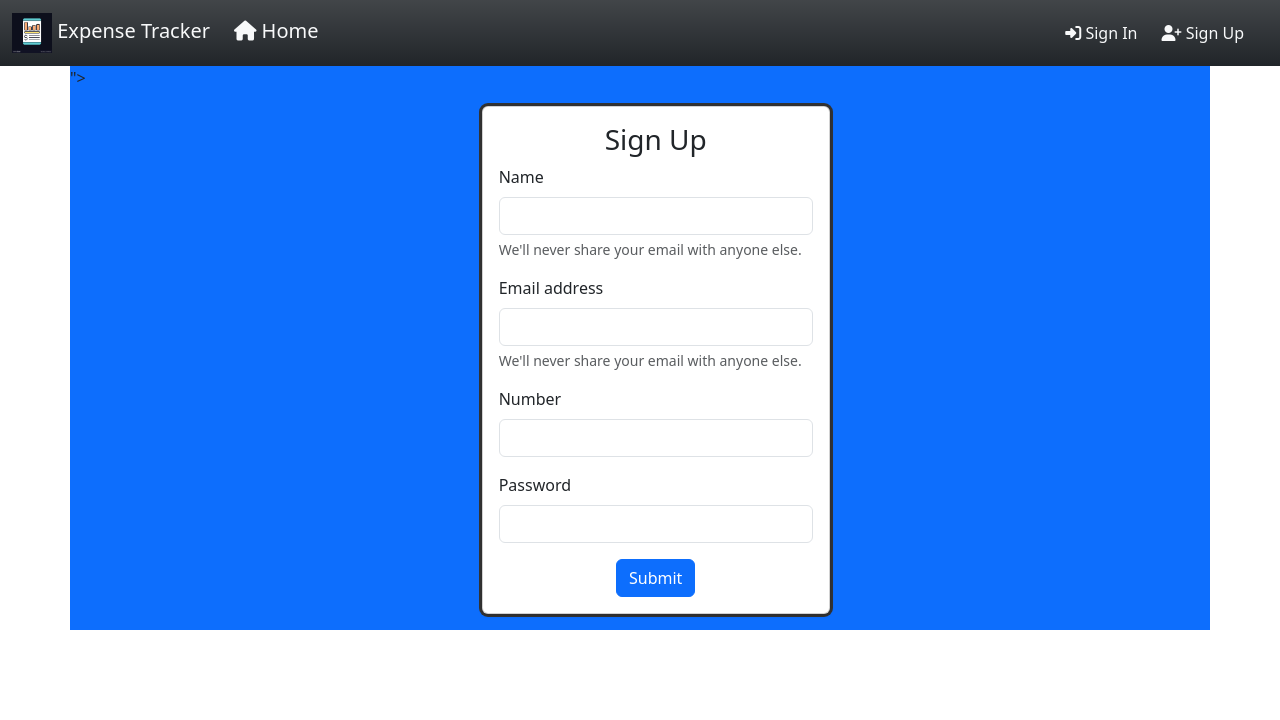
Repository: Gaurav560/OnlineExpenseTracker
Page: http://localhost/Online_Expense_Tracker/register.jsp
These files come from the project's save history. The page is drawn as it stood at one moment and after the next save; the edit follows.
The browser window is 1280 px wide. The pictures show the whole page.
The page is served by Tomcat 9.

Above is the page before, as saved 2023-05-04 15:10:24.

After the next save:
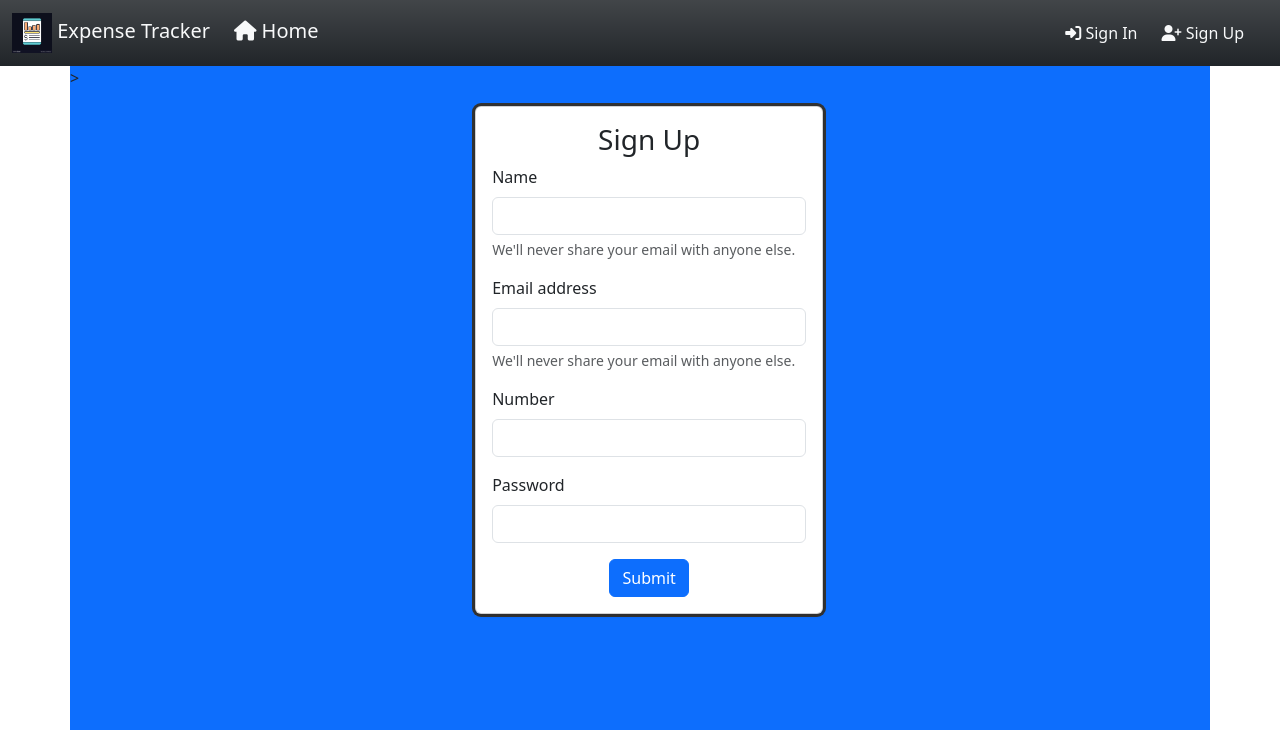
Saved 9 s later.
--- a/Online_Expense_Tracker/src/main/webapp/register.jsp
+++ b/Online_Expense_Tracker/src/main/webapp/register.jsp
@@ -16,7 +16,7 @@
 	<!-- NAVBAR ends here  -->
 
 	<div class="container bg-primary" >
-		<div class="row style="padding-bottom:100px"> ">
+		<div class="row" style="padding-bottom:100px"> >
 			<div class="col-md-4 offset-md-4 p-3  ">
 				<div class="card mt-4"
 					style="box-shadow: rgba(0, 0, 0, 0.16) 0px 1px 4px, rgb(51, 51, 51) 0px 0px 0px 3px;">
